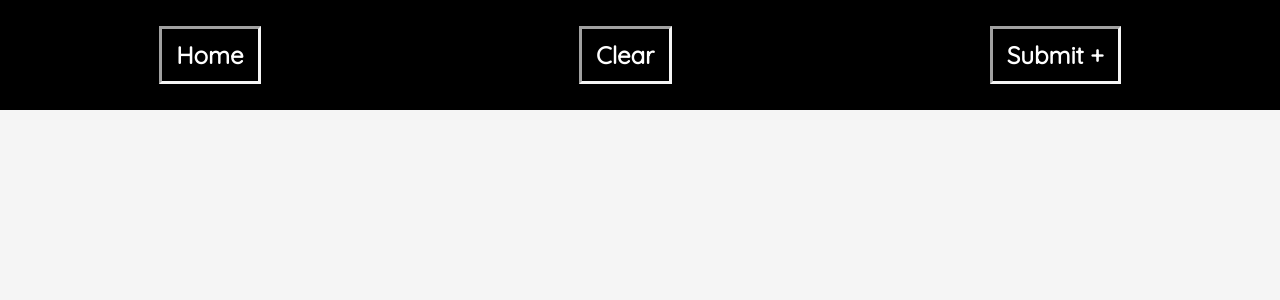
Repository: rickypcyt/WebMural
Page: /
The author's editor kept a copy of each file at every save. The page is drawn from the files as they stood at one save, then again after a run of saves.
The browser window is 1280 px wide. The pictures show the whole page.
The project was rebuilt for these pictures with package versions that can differ from the ones it lists, and the page was loaded fresh each time.

Above is the page before, as saved 2022-09-12 13:47:56.

### src/index.js
import React from "react";
import ReactDOM from "react-dom/client";
import "./index.css";
import WebMural from "./Pages/WebMural";
import reportWebVitals from "./reportWebVitals";
import { BrowserRouter, Routes, Route, Switch } from "react-router-dom";

const root = ReactDOM.createRoot(document.getElementById("root"));
root.render(
  <React.StrictMode>
    <BrowserRouter>
      <WebMural />
    </BrowserRouter>
  </React.StrictMode>
);

// If you want to start measuring performance in your app, pass a function
// to log results (for example: reportWebVitals(console.log))
// or send to an analytics endpoint. Learn more: https://bit.ly/CRA-vitals
reportWebVitals();

### src/index.css
@import url("https://fonts.googleapis.com/css2?family=Quicksand");

input[type="file"] {
  display: none;
}
.container {
  top: 0%;
  left: 0%;
}
::marker {
  display: none;
}
.paddingimxd{
  padding-top: 2%;
}
.image-container {
  width: 100%;
  margin: auto;
  display: flex;
  flex-direction: row;
  justify-content: space-evenly;
  gap: 15px;
  padding: 10px;
  background-color: whitesmoke;
}
html {
  background: whitesmoke;
}

body {
  line-height: 1;
  font-family: "Quicksand";
  font-size: large;
  margin: 0%;
  padding: 0%;
}
main {
  top: 10%;
}
ol {
  list-style: none;
  display: flex;
  padding: 0;
  align-items: flex-start;
  justify-content: space-around;
  display: flex;
  flex-wrap: wrap;
  align-content: center;
  margin: 0;
}
.content {
  position: absolute;
  right: calc(var(--pad) * 2);
  bottom: calc(var(--pad) * 2);
  white-space: nowrap;
}
.parrafo {
  line-height: 1.5;
  text-align: end;
  font-size: larger;
}
.parrafo span {
  display: block;
}
.titulo {
  margin: 0;
}
.oli {
  font-weight: bold;
  border-style: inset;
  border-color: whitesmoke;
      color: white;


  font-size: x-large;
  padding: 1ch;
}
.descripcion {
  font-weight: lighter;
  font-style: oblique;
}
.oli:hover {
  color: whitesmoke;
  border-style: outset;
  border-color: whitesmoke;
}
.page {
  padding-top: 2%;
  padding-bottom: 3%;
}
.pageContact {
  padding-top: 8%;
  padding-bottom: 9%;
}
.cabeceranavi {
  padding-bottom: 2%;
  padding-top: 2%;
  background-color: black;
  box-shadow: 0 10px 16px 0rgba(0,0,0,0.2),0 6px 20px 0rgba(0,0,0,0.19) !important;
}
p {
  font-weight: bold;
}
a {
  color: black;
  text-decoration: none;
  padding: 0ch;
}
span {
  font-size: larger;
}
li {
  width: 7%;
  height: 10%;
}
ul {
  list-style-type: none;
  margin: 0%;
  display: flex;
  align-items: center;
  flex-direction: row;
  padding-top: 5%;
  padding-bottom: 5%;
  padding-left: 0%;
  justify-content: space-around;
}
.imagenes {
  display: block;
  height: auto;
  width: auto;
  padding-top: 5%;
  padding-bottom: 5%;
}

.imagenesproyect {
  position: relative;
}
.fixer {
  display: flex;
  flex-direction: row;
  justify-content: space-evenly;
  padding-bottom: 3%;
}
.overlay {
  position: absolute;
  top: 0.83cm;

  background: rgb(0, 0, 0);
  background: rgb(2, 0.3, 0.9, 0.6); /* Black see-through */
  color: #f1f1f1;
  width: 100%;
  transition: 0.5s ease;
  color: white;
  text-align: center;
  font-size: 20px;
  padding-top: 20px;
  padding-bottom: 20px;
  opacity: 0;
}
.imagenesproyect:hover .overlay {
  opacity: 1;
}
.overlay2 {
  position: absolute;
  bottom: 8%;
  background: rgb(0, 0, 0);
  background: rgba(40, 40, 40, 0.6); /* Black see-through */
  color: #f1f1f1;
  width: 100%;
  transition: 0.5s ease;
  color: white;
  text-align: center;
  font-size: 20px;
  padding-top: 20px;
  padding-bottom: 20px;
  opacity: 0;
}
.imagenesproyect:hover .overlay2 {
  opacity: 1;
}

.homeinfo {
  font-size: x-large;
}

@media screen and (max-width: 1340px) {
  .fixer {
    flex-direction: column;
    justify-content: center;
  }
  .imagenes {
    height: auto;
    width: 100%;
  }
  ol {
  }
}

.image-container {
  width: auto;
  margin: auto;
  /* display: flex; */
  flex-wrap: wrap;
  gap: 15px;
  padding: 10px;
}

.image-container img {
  max-width: 100%;
  max-height: 225px;
}

.container .image-container .image {
  border: 4px solid black;
  overflow: hidden;
  /* cursor: pointer; */
}

.container .image-container .image img {
  height: 100%;
  width: 100%;
}
@media (max-width: 700px) {
  .image-container img {
    max-height: -10px;
  }
}

.image:hover {
  transform: scale(
    1.15
  ); /* (150% zoom - Note: if the zoom is too large, it will go outside of the viewport) */
}

### src/Pages/WebMural.js
import React, { useState } from "react";
import { Link, useMatch, useResolvedPath } from "react-router-dom";

const UploadAndDisplayImage = () => {
  const [selectedFiles, setSelectedFiles] = useState([]);
  const handleImageChange = (e) => {
    setSelectedFiles([]);
    if (e.target.files) {
      const filesArray = Array.from(e.target.files).map((file) =>
        URL.createObjectURL(file)
      );
      setSelectedFiles((prevImages) => prevImages.concat(filesArray));
      Array.from(e.target.files).map((file) => URL.revokeObjectURL(file));
    }
  };

  const renderPhotos = (source) => {
    return source.map((photo) => {
      return (
        <div class="container">
          <figure class="image-container">
            <img className="image" src={photo} alt="" key={photo} />
          </figure>
        </div>
      );
    });
  };

  return (
    <main>
      <nav className="cabeceranavi">
        <ol>
          <div CustomLink to="/" className="oli">
            Home
          </div>
          <nav className="oli" onClick={() => handleImageChange(null)}>
            Clear
          </nav>
          <label for="upload-button">
            <nav>
              <input
                type="file"
                id="upload-button"
                multiple="multiple"
                accept="image/*"
                onChange={handleImageChange}
              />
              <div class="oli"> Submit + </div>
            </nav>
          </label>
        </ol>
      </nav>
      {selectedFiles && (
        <div className="paddingimxd">
          <div class="image-container">{renderPhotos(selectedFiles)}</div>
        </div>
      )}
    </main>
  );
};

export default UploadAndDisplayImage;

function CustomLink({ to, children, ...props }) {
  const resolvedPath = useResolvedPath(to);
  const isActive = useMatch({ path: resolvedPath.pathname, end: true });
  return (
    <li className={isActive ? "active" : ""}>
      <Link to={to} {...props}>
        {children}
      </Link>
    </li>
  );
}

Loaded but not shown: public/index.html (common file); src/reportWebVitals.js (common file)

After the next 3 saves:
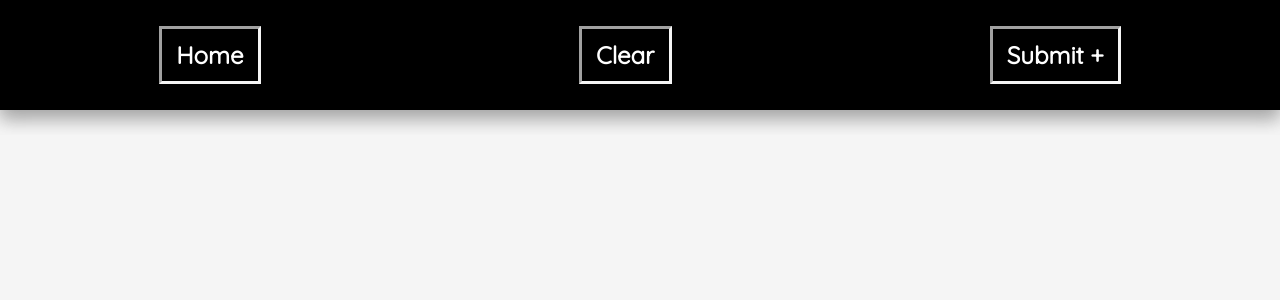
The 3 saves are shown as one change because they came seconds apart.
The last was saved 65 s later.
--- a/src/index.css
+++ b/src/index.css
@@ -10,7 +10,7 @@ input[type="file"] {
 ::marker {
   display: none;
 }
-.paddingimxd{
+.paddingimxd {
   padding-top: 2%;
 }
 .image-container {
@@ -69,8 +69,7 @@ ol {
   font-weight: bold;
   border-style: inset;
   border-color: whitesmoke;
-      color: white;
-
+  color: white;
 
   font-size: x-large;
   padding: 1ch;
@@ -96,7 +95,7 @@ ol {
   padding-bottom: 2%;
   padding-top: 2%;
   background-color: black;
-  box-shadow: 0 10px 16px 0rgba(0,0,0,0.2),0 6px 20px 0rgba(0,0,0,0.19) !important;
+  box-shadow: 0 10px 16px 0 rgb(0 0 0 / 20%), 0 6px 20px 0 rgb(0 0 0 / 19%) !important;
 }
 p {
   font-weight: bold;
